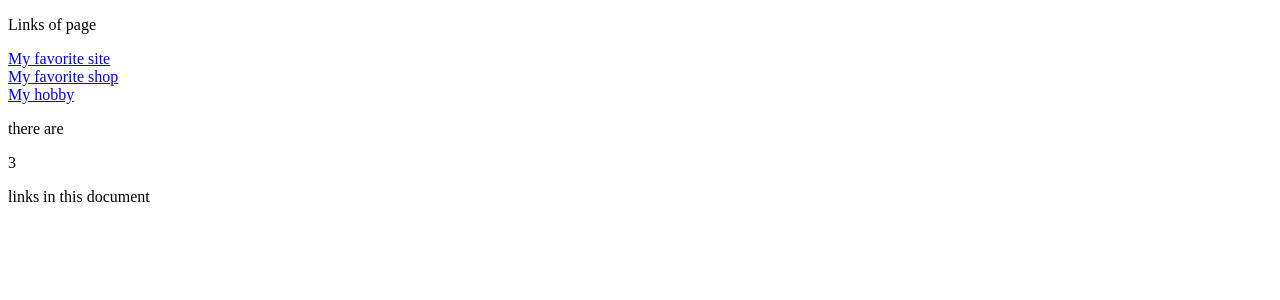
Repository: VladimirJetchev/JavaScriptHomework
Page: HomeworkJS/JSTask2/Task2.html
An editor plug-in stored every save of this project. The page is shown before and after the next save, followed by the edit.
The browser window is 1280 px wide. The pictures show the whole page.

Above is the page before, as saved 2016-01-11 12:13:03.

### HomeworkJS/JSTask2/Task2.html
<!DOCTYPE html>
<html lang="en">
<head>
	<meta charset="UTF-8">
	<title>Links</title>
</head>
<body>
	<div>
		<p class="Link">Links of page</p>
		<div>
			<a href="http://www.imdb.com/" >My favorite site</a>
		</div>
		<div>
			<a href="http://olx.bg/" >My favorite shop</a>
		</div>
		<div>
			<a href="https://bg.wikipedia.org/wiki/%D0%A1%D1%82%D1%80%D0%B0%D0%B9%D0%BA%D0%B1%D0%BE%D0%BB" >My hobby</a>
		</div>
	</div>

	<p> there are </p>
	<script>
		document.write(document.getElementsByTagName('a').length);
	</script>
	 <p>links in this document</p>
</body>
</html>

After the next save:
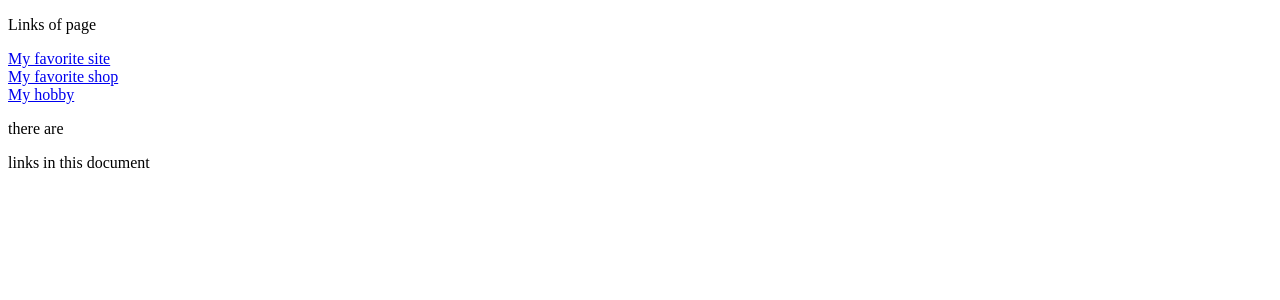
Console error: SyntaxError: Unexpected identifier 'are'
Saved 54 s later.
--- a/HomeworkJS/JSTask2/Task2.html
+++ b/HomeworkJS/JSTask2/Task2.html
@@ -20,7 +20,9 @@
 
 	<p> there are </p>
 	<script>
+	there are
 		document.write(document.getElementsByTagName('a').length);
+	links inside the page
 	</script>
 	 <p>links in this document</p>
 </body>

After the save that followed:
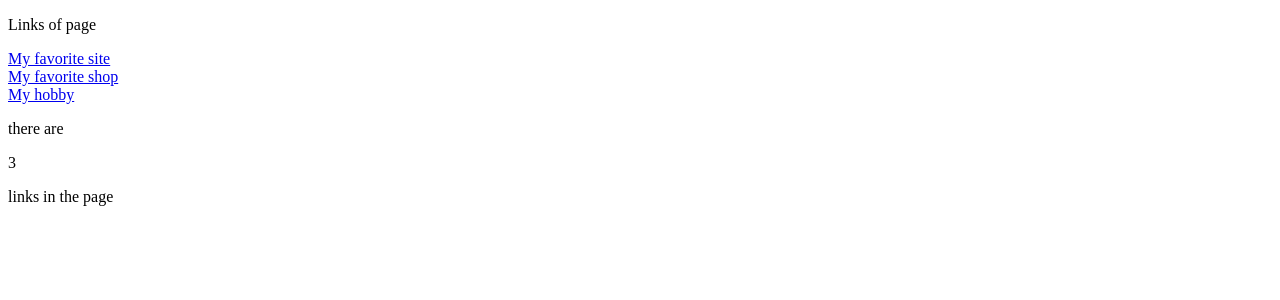
The error is gone.
Saved 34 s later.
--- a/HomeworkJS/JSTask2/Task2.html
+++ b/HomeworkJS/JSTask2/Task2.html
@@ -20,10 +20,10 @@
 
 	<p> there are </p>
 	<script>
-	there are
+
 		document.write(document.getElementsByTagName('a').length);
-	links inside the page
+
 	</script>
-	 <p>links in this document</p>
+	 <p>links in the page</p>
 </body>
 </html>
